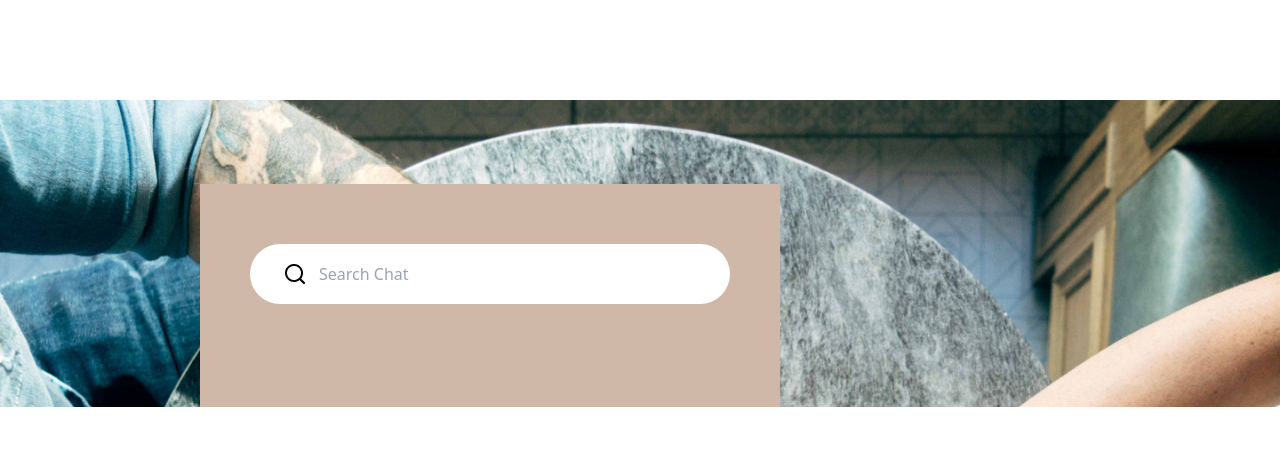
Repository: boykebn/fw12-collab2-FRONTEND
Page: /chat (app in our/)
An editor plug-in stored every save of this project. The page is shown before and after the next save, followed by the edit.
The browser window is 1280 px wide. The pictures show the whole page.
The project was rebuilt for these pictures with package versions that can differ from the ones it lists, and the page was loaded fresh each time. The framework's server and built-in components were replaced by stand-ins that run in the browser. Also part of the build but not shown: our/next.config.js.

Above is the page before, as saved 2022-12-31 23:40:06.

After the next save:
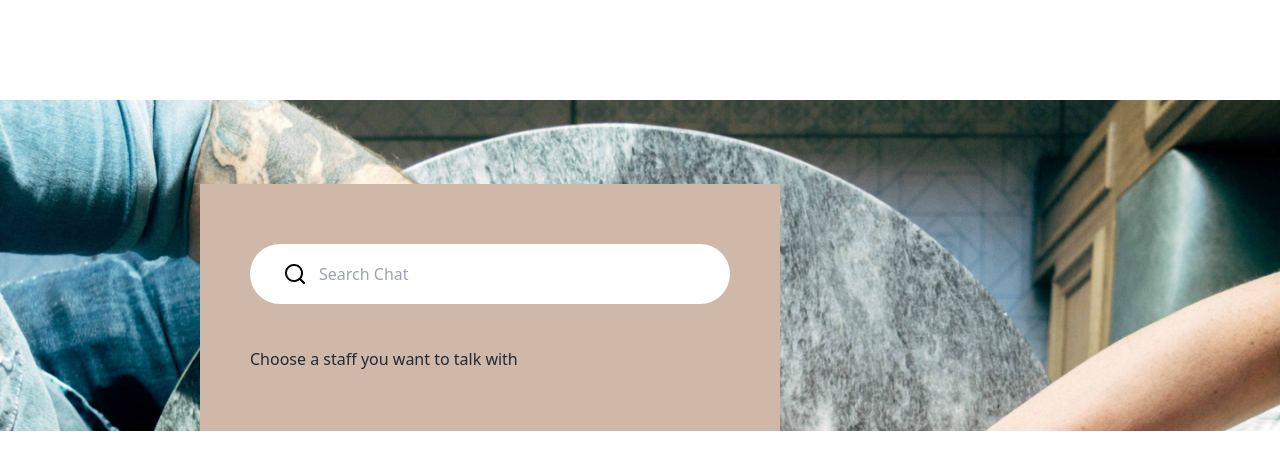
Saved 29 s later.
--- a/our/pages/chat.js
+++ b/our/pages/chat.js
@@ -4,7 +4,7 @@ import search from "../assets/search.png";
 
 const Chat = () => {
   return (
-    <div className="pt-[100px]">
+    <div className="pt-[100px] font-poppins">
       <div className="bg-[url('../assets/background-chat.png')] bg-cover bg-no-repeat">
         <div className="pt-[84px] px-[200px] flex">
           <div className="border-1 bg-[#d0b8a8] py-[60px] px-[50px]">
@@ -12,6 +12,7 @@ const Chat = () => {
               <Image src={search} alt="search" className="mr-[14px]" />
               <input placeholder="Search Chat" className="focus:outline-none" />
             </div>
+            <p>Choose a staff you want to talk with</p>
           </div>
           <div></div>
         </div>
